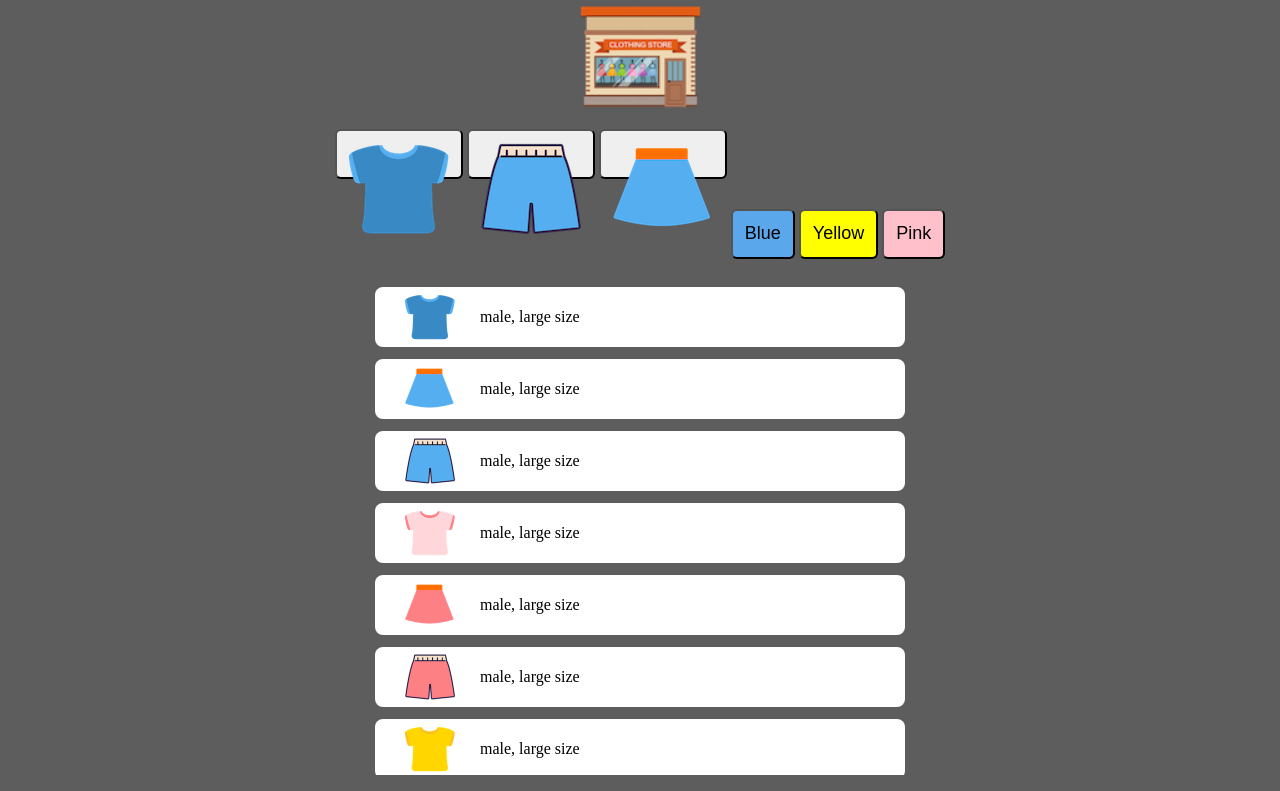
Repository: keehoonjung/Shoppingmall-Game
Page: index.html
These files come from the project's save history. The page is drawn as it stood at one moment and after the next save; the edit follows.
The browser window is 1280 px wide. The pictures show the whole page.
An inner scrolling area shows only its first screen.

Above is the page before, as saved 2021-08-12 19:12:42.
Console error: TypeError: Cannot read properties of null (reading 'addEventListener')

After the next save:
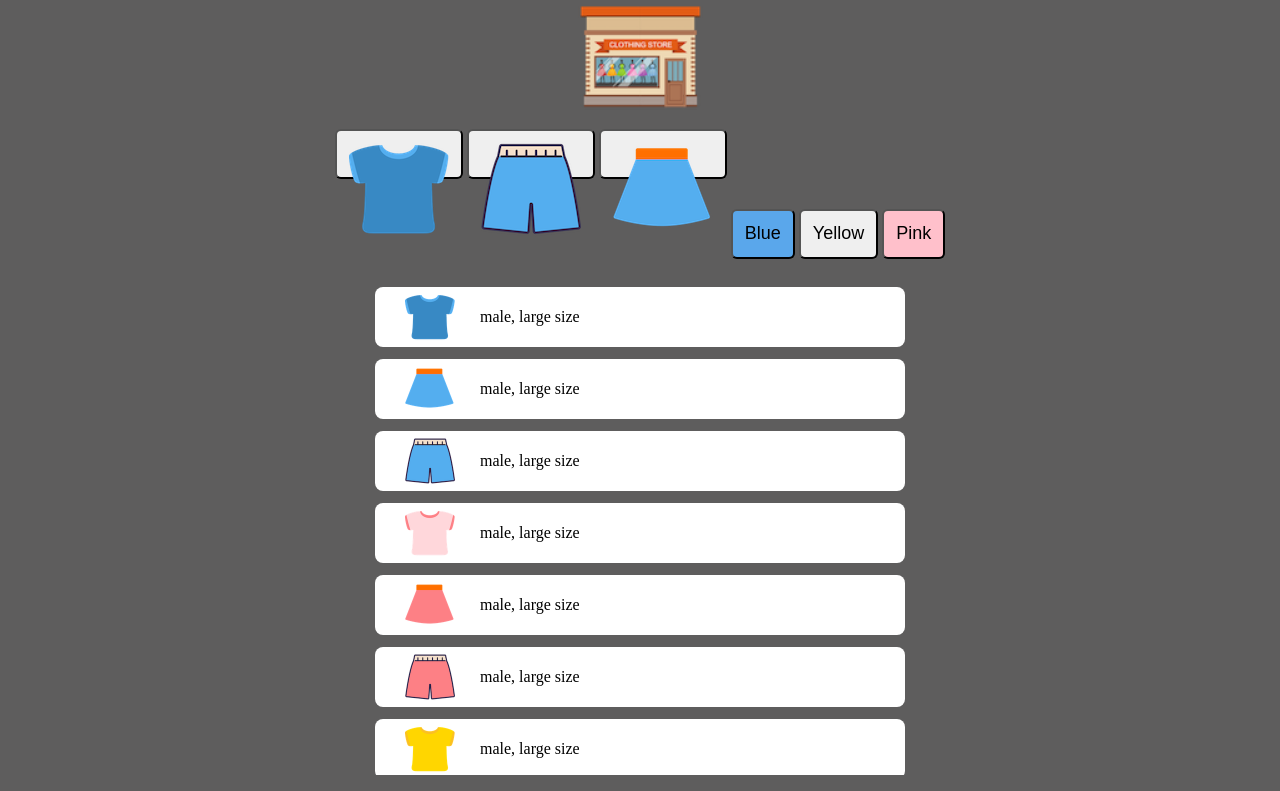
Saved 13 s later.
--- a/index.html
+++ b/index.html
@@ -20,13 +20,13 @@
         <button class="button">
             <img src="./imgs/blue_s.png" alt="" class="skirt">
         </button>
-        <button class="blue">
+        <button class="button blue">
             Blue
         </button>
-        <button class="yellow">
+        <button class="buttonyellow">
             Yellow
         </button>
-        <button class="pink">
+        <button class="button pink">
             Pink
         </button>
     </section>

After the save that followed:
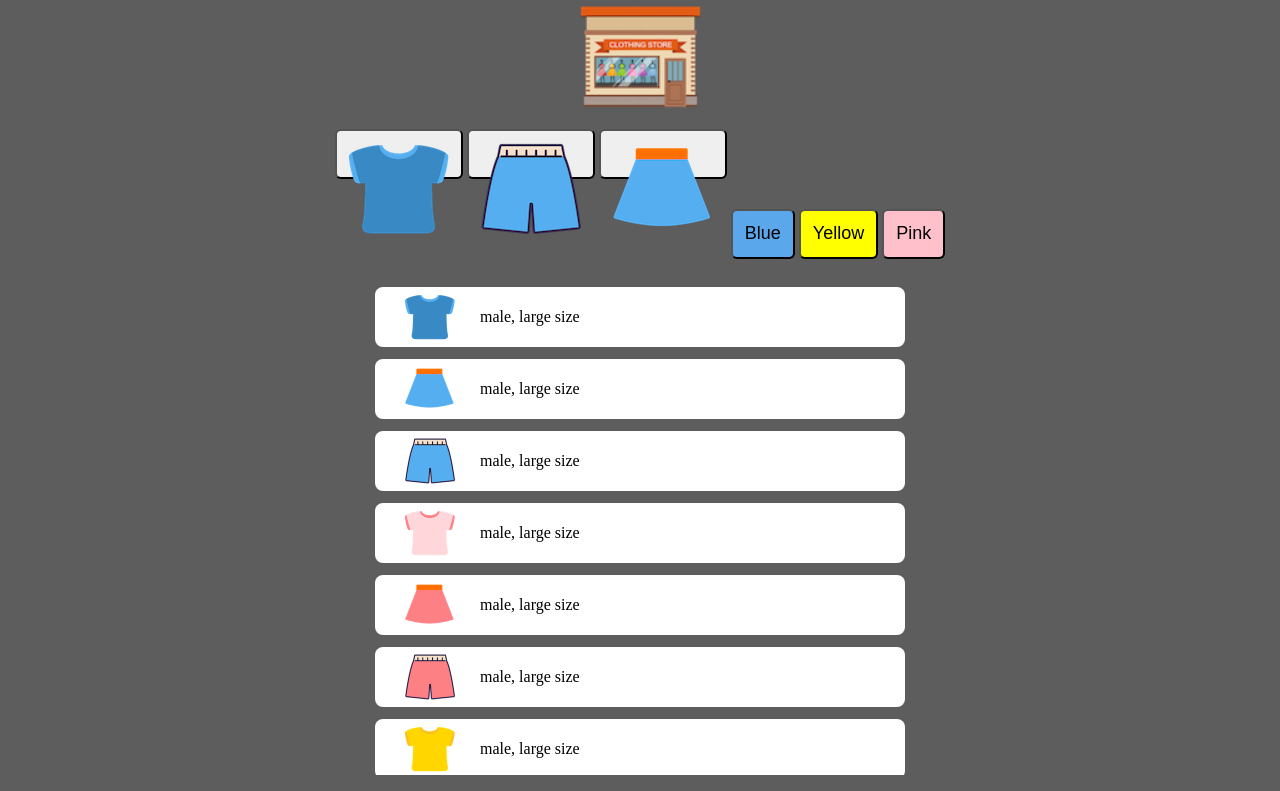
Saved 48 s later.
--- a/index.html
+++ b/index.html
@@ -20,13 +20,13 @@
         <button class="button">
             <img src="./imgs/blue_s.png" alt="" class="skirt">
         </button>
-        <button class="button blue">
+        <button class="button color blue">
             Blue
         </button>
-        <button class="buttonyellow">
+        <button class="button color yellow">
             Yellow
         </button>
-        <button class="button pink">
+        <button class="button color pink">
             Pink
         </button>
     </section>
